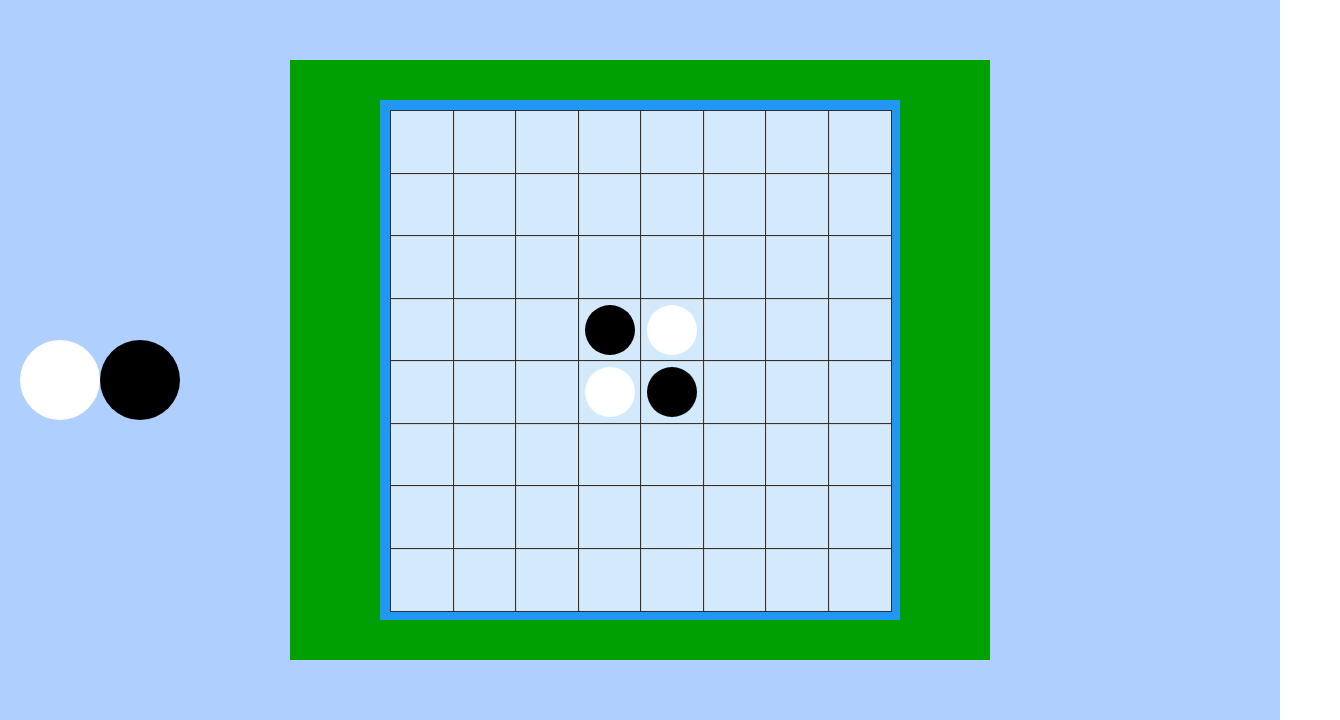
Repository: eliaoucohen72/react-reversi
Page: /
An editor plug-in stored every save of this project. The page is shown before and after a run of saves, followed by the edit.
The browser window is 1280 px wide. The page is 1280 px wide, then 1340 px, so the pictures cover 1340 px, including what lies to the right of the window. The pictures show the whole page.
The project was rebuilt for these pictures with package versions that can differ from the ones it lists, and the page was loaded fresh each time. Also part of the build but not shown: vite.config.ts.

Above is the page before, as saved 2024-09-05 16:08:31.

### src/App.tsx
import { useState } from "react";
import "./App.css";

type Player = "black" | "white";

// Fonction pour vérifier et retourner les pions capturés
const flipPieces = (
  board: string[],
  index: number,
  player: Player
): string[] => {
  const directions = [-1, 1, -8, 8, -9, 9, -7, 7];
  const opponent = player === "black" ? "white" : "black";
  const newBoard = [...board]; // Copier le plateau

  for (const direction of directions) {
    let i = index + direction;
    const toFlip = []; // Pions à retourner

    while (i >= 0 && i < 64 && board[i] === opponent) {
      toFlip.push(i); // Ajouter les positions des pions adverses
      i += direction;
    }

    // Si on trouve un pion du joueur à la fin de la ligne d'adversaires
    if (i >= 0 && i < 64 && board[i] === player) {
      toFlip.forEach((pos) => {
        newBoard[pos] = player; // Retourner les pions
      });
    }
  }

  return newBoard;
};

// Fonction pour vérifier si un coup est valide
const isValidMove = (
  board: string[],
  index: number,
  player: Player
): boolean => {
  if (board[index] !== "empty") return false; // La case doit être vide

  const directions = [-1, 1, -8, 8, -9, 9, -7, 7];
  const opponent = player === "black" ? "white" : "black";

  for (const direction of directions) {
    let i = index + direction;
    let foundOpponent = false;

    while (i >= 0 && i < 64 && board[i] === opponent) {
      i += direction;
      foundOpponent = true;
    }

    // Si un pion du joueur est trouvé après les pions adverses
    if (foundOpponent && i >= 0 && i < 64 && board[i] === player) {
      return true;
    }
  }

  return false;
};

function App() {
  const [currentPlayer, setCurrentPlayer] = useState<Player>("black");
  const [board, setBoard] = useState<string[]>(() => initBoard());

  // Initialiser le plateau avec les pions de départ
  function initBoard(): string[] {
    const initialBoard = Array(64).fill("empty");
    initialBoard[27] = "black";
    initialBoard[28] = "white";
    initialBoard[35] = "white";
    initialBoard[36] = "black";
    return initialBoard;
  }

  const handleClick = (i: number) => {
    if (isValidMove(board, i, currentPlayer)) {
      let newBoard = [...board];
      newBoard[i] = currentPlayer; // Placer le pion
      newBoard = flipPieces(newBoard, i, currentPlayer); // Retourner les pions
      setBoard(newBoard); // Mettre à jour le plateau

      // Passer au joueur suivant
      setCurrentPlayer(currentPlayer === "black" ? "white" : "black");
    } else {
      console.log("Coup invalide");
    }
  };

  return (
    <div className="wrapper">
      <div className="whitePlayer" />
      <div className="blackPlayer" />
      <div className="subWrapper">
        <div className="grid-container">
          {board.map((cell, i) => (
            <div className="item" key={i}>
              <div onClick={() => handleClick(i)} className={cell} />
            </div>
          ))}
        </div>
      </div>
    </div>
  );
}

export default App;

### src/App.css
.wrapper {
  width: 100vw;
  height: 100vh;
  background-color: #afcffe;
  position: relative;
}

.whitePlayer {
  position: absolute;
  width: 80px;
  height: 80px;
  top: 50%;
  left: 0%;
  transform: translate(0%, -50%);
  background-color: #ffffff;
  border-radius: 40px;
  margin: 20px;
}

.blackPlayer {
  position: absolute;
  width: 80px;
  height: 80px;
  top: 50%;
  left: 0%;
  transform: translate(100%, -50%);
  background-color: #000000;
  border-radius: 40px;
  margin: 20px;
}

.subWrapper {
  position: absolute;
  width: 700px;
  height: 600px;
  background-color: #00a000;
  top: 50%;
  left: 50%;
  transform: translate(-50%, -50%);
  display: flex;
  align-items: center;
  justify-content: center;
}

.grid-container {
  display: grid;
  grid-template-columns: 12.5% 12.5% 12.5% 12.5% 12.5% 12.5% 12.5% 12.5%;
  background-color: #2196f3;
  padding: 10px;
  width: 500px;
  height: 500px;
}
.item {
  background-color: rgba(255, 255, 255, 0.8);
  border: 1px solid rgba(0, 0, 0, 0.8);
  text-align: center;
  font-size: 16px;
  display: flex;
  align-items: center;
  justify-content: center;
  height: 100%;
  width: 100%;
}

.white {
  background-color: rgba(255, 255, 255);
  height: 80%;
  width: 80%;
  border-radius: 30px;
}

.black {
  background-color: rgba(0, 0, 0);
  height: 80%;
  width: 80%;
  border-radius: 30px;
}

.empty {
  height: 80%;
  width: 80%;
  border-radius: 30px;
}

Loaded but not shown: index.html (common file); src/main.tsx (common file); src/index.css (common file)

After the next 2 saves:
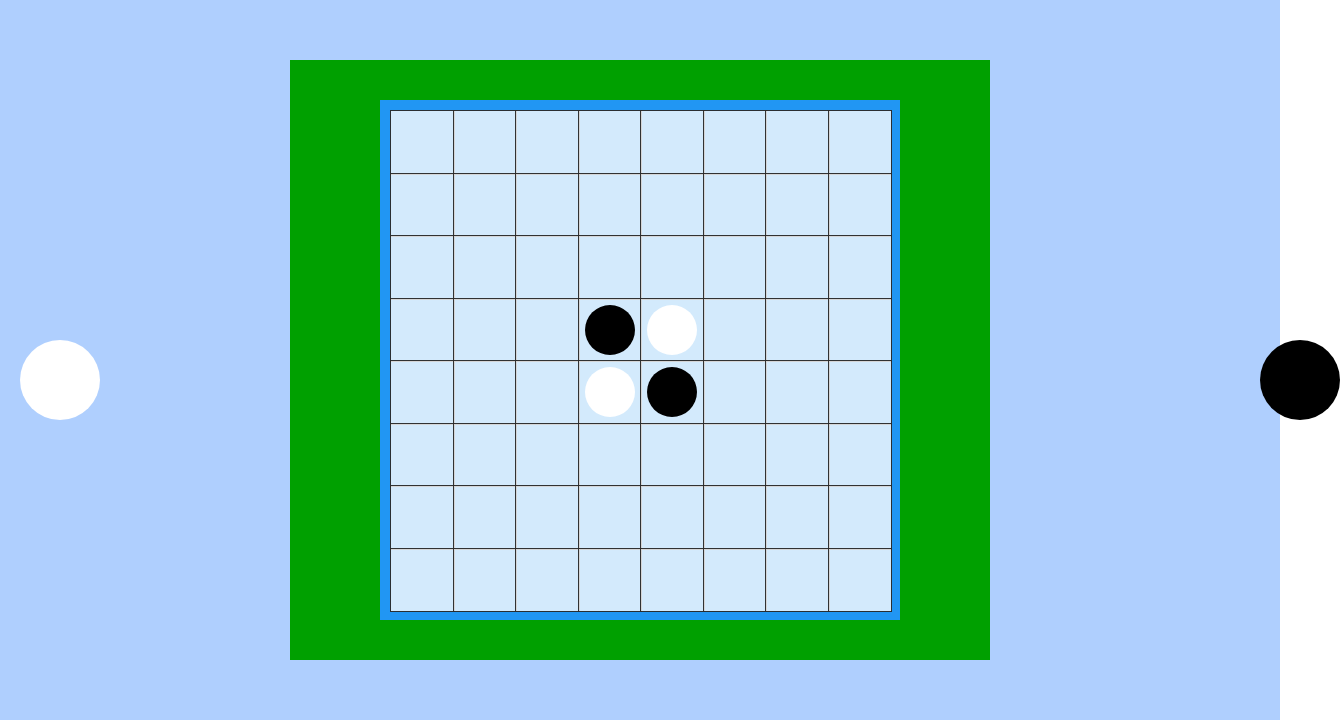
The 2 saves are shown as one change because they came seconds apart.
The last was saved 8 s later.
--- a/src/App.css
+++ b/src/App.css
@@ -22,7 +22,7 @@
   width: 80px;
   height: 80px;
   top: 50%;
-  left: 0%;
+  right: 0%;
   transform: translate(100%, -50%);
   background-color: #000000;
   border-radius: 40px;
